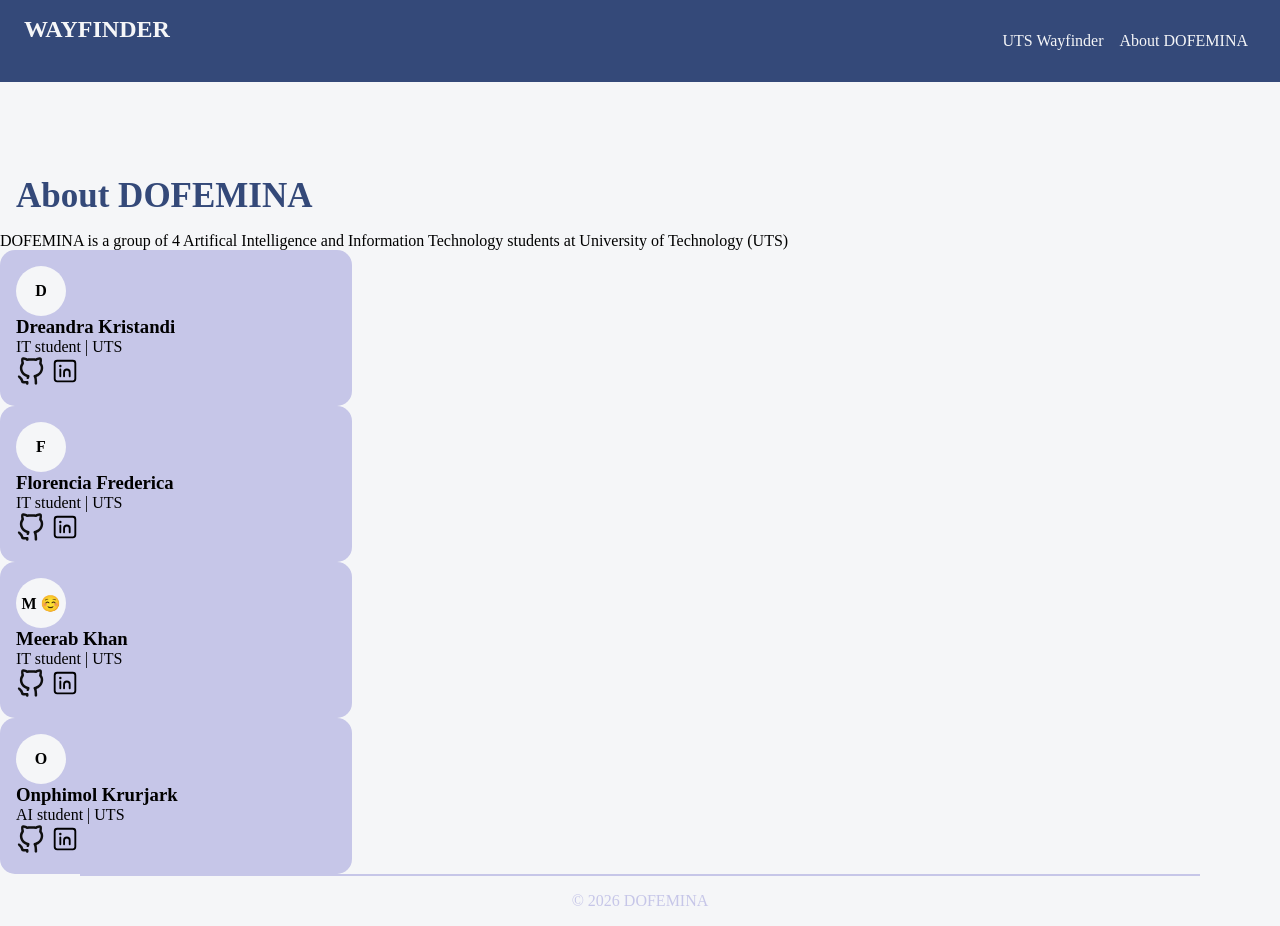
Repository: Meerab-K/uts-wayfinder
Page: html/about.html
An editor plug-in stored every save of this project. The page is shown before and after the next save, followed by the edit.
The browser window is 1280 px wide. The pictures show the whole page.
Some web fonts or font styles are not loaded; a fallback is used.

Above is the page before, as saved 2026-10-19 20:25:48.

### html/about.html
<!DOCTYPE html>
<html lang="en">
<head>
    <meta charset="UTF-8">
    <meta name="viewport" content="width=device-width, initial-scale=1.0">
    <title>About DOFEMINA - UTS Wayfinder</title>

    <link rel="stylesheet" href="../css/common.css">
    <link rel="stylesheet" href="../css/about.css">
    <link rel="stylesheet" href="../css/responsive.css">

    <!-- Google Fonts -->
    <link rel="preconnect" href="https://fonts.googleapis.com">
    <link rel="preconnect" href="https://fonts.gstatic.com" crossorigin>
    <link href="https://fonts.googleapis.com/css2?family=Maname&display=swap" rel="stylesheet">

</head>
<body>
    <header>
        <nav class="navbar">
            <h1>WAYFINDER</h1>
            <ul>
                <li><a href="index.html">UTS Wayfinder</a></li>
                <li><a href="about.html">About DOFEMINA</a></li>
            </ul>
        </nav>
    </header>

    <main>
        <h2>About DOFEMINA</h2>
        <div></div>
        <p>DOFEMINA is a group of 4 Artifical Intelligence and Information Technology students at University of Technology (UTS)</p>
        <p></p>
        <div class="card-holder">
            <div class="profile">D</div>
            <h3 class="name">Dreandra Kristandi</h3>
            <div class="bio">IT student | UTS</div>
            <div class="contact-link">
                <a href=""><img src="../svg/github.svg" alt="github-icon"></a>
                <a href=""><img src="../svg/linkedin.svg" alt="linkedin-icon"></a>
            </div>
        </div>
        <div class="card-holder">
            <div class="profile">F</div>
            <h3 class="name">Florencia Frederica</h3>
            <div class="bio">IT student | UTS</div>
            <div class="contact-link">
                <a href=""><img src="../svg/github.svg" alt="github-icon"></a>
                <a href=""><img src="../svg/linkedin.svg" alt="linkedin-icon"></a>
            </div>
        </div>
        <div class="card-holder">
            <div class="profile">M ☺️</div>
            <h3 class="name">Meerab Khan</h3>
            <div class="bio">IT student | UTS</div>
            <div class="contact-link">
                <a href=""><img src="../svg/github.svg" alt="github-icon"></a>
                <a href=""><img src="../svg/linkedin.svg" alt="linkedin-icon"></a>
            </div>
        </div>
        <div class="card-holder">
            <div class="profile">O</div>
            <h3 class="name">Onphimol Krurjark</h3>
            <div class="bio">AI student | UTS</div>
            <div class="contact-link">
                <a href=""><img src="../svg/github.svg" alt="github-icon"></a>
                <a href=""><img src="../svg/linkedin.svg" alt="linkedin-icon"></a>
            </div>
        </div>
    </main>

    <footer>
        <p>&copy; 2026 DOFEMINA </p>
    </footer>
</body>
</html>

### css/common.css
:root {
    /*Background*/
    --background-color: #f5f6f8;
    --primary-color: #344979;
    --secondary-color: #9896BB;

    /*Highlight*/
    --highlight-purple: #c6c6e8;
    --highlight-pink: #f7e5eb;

    /*Font*/
    --font: "Maname", serif;
}

* {
    margin: 0;
    padding: 0;
    font-family: var(--font);
}

body {
    background-color: var(--background-color);
    margin: 0;
}

main {
    margin-top: 2rem;
}

footer {
    text-align: center;
    margin: 0 5rem;
    padding: 1rem;
    border-top: 2px solid var(--highlight-purple);
    color: var(--highlight-purple);
}

h2 {
    color: var(--primary-color);
    padding: 1rem;
    font-size: 35px;
}

.navbar {
    background-color: var(--primary-color);
    padding: 1rem;
    margin: 0;
    position: fixed;
    top: 0;
    z-index: 100;
    width: 100%;
    display: flex;
    justify-content: space-between;
    box-sizing: border-box;
}

.navbar h1 {
    color: var(--background-color);
    padding: 0 0 0 0.5rem;
}

.navbar ul {
    list-style-type: none;
    display: flex;
    gap: 1rem;
    margin: 1rem;
}

.navbar a {
    text-decoration: none;
    color: var(--background-color);
}

.navbar a:hover {
    color: var(--highlight-purple);
}

.floating-menu-btn {
    position: fixed;
    bottom: 1rem;
    right: 1rem;
    width: 50px;
    height: 50px;
    background-color: var(--primary-color);
    border-radius: 50%;
    display: flex;
    justify-content: center;
    align-items: center;
    cursor: pointer;
    z-index: 1000;
}

.floating-menu-btn span{
    background-color: var(--background-color);
    width: 30px;
    height: 3px;
}

main {
    margin-top: 10rem;
}

### css/about.css
.card-holder {
    background-color: var(--highlight-purple);
    border-radius: 15px;
    padding: 1rem;
    width: 25%;
}

.profile {
    display: flex;
    justify-content: center;
    align-items: center;
    text-align: center;
    height: 50px;
    width: 50px;
    border-radius: 50%;
    background-color: var(--background-color);
    font-size: 25;
    font-weight: bold;
}

.name {

}

.bio {

}

.contact-link img {
    width: 30px;
    height: auto;
}

### css/responsive.css
@media (max-width: 1000px) {
    /*index.html*/
    #map_section {
        display: block;
    }

    #map_section img {
        width: 100%;
        margin: 0;
    }

    #map_section div h2 {
        text-align: center;
    }

    #map_section div table {
        width: 100%;
    }
}

@media (max-width: 800px) {
    main {
        margin-top: 10rem;
    }

    .navbar {
        text-align: center;
        display: block;
    }

    .navbar ul {
        justify-content: center;
        margin-top: 1.5rem;
        padding: 0.5rem;
        border-top: 1px solid var(--secondary-color);
    }

    /*index.html*/
    form select {
        width: 60%;
    }

    /*about.html*/
}

### svg/github.svg
<?xml version="1.0" encoding="utf-8"?><!-- Uploaded to: SVG Repo, www.svgrepo.com, Generator: SVG Repo Mixer Tools -->
<svg width="800px" height="800px" viewBox="0 0 24 24" fill="none" xmlns="http://www.w3.org/2000/svg">
<path d="M4.0744 2.9938C4.13263 1.96371 4.37869 1.51577 5.08432 1.15606C5.84357 0.768899 7.04106 0.949072 8.45014 1.66261C9.05706 1.97009 9.11886 1.97635 10.1825 1.83998C11.5963 1.65865 13.4164 1.65929 14.7213 1.84164C15.7081 1.97954 15.7729 1.97265 16.3813 1.66453C18.3814 0.651679 19.9605 0.71795 20.5323 1.8387C20.8177 2.39812 20.8707 3.84971 20.6494 5.04695C20.5267 5.71069 20.5397 5.79356 20.8353 6.22912C22.915 9.29385 21.4165 14.2616 17.8528 16.1155C17.5801 16.2574 17.3503 16.3452 17.163 16.4167C16.5879 16.6363 16.4133 16.703 16.6247 17.7138C16.7265 18.2 16.8491 19.4088 16.8973 20.4002C16.9844 22.1922 16.9831 22.2047 16.6688 22.5703C16.241 23.0676 15.6244 23.076 15.2066 22.5902C14.9341 22.2734 14.9075 22.1238 14.9075 20.9015C14.9075 19.0952 14.7095 17.8946 14.2417 16.8658C13.6854 15.6415 14.0978 15.185 15.37 14.9114C17.1383 14.531 18.5194 13.4397 19.2892 11.8146C20.0211 10.2698 20.1314 8.13501 18.8082 6.83668C18.4319 6.3895 18.4057 5.98446 18.6744 4.76309C18.7748 4.3066 18.859 3.71768 18.8615 3.45425C18.8653 3.03823 18.8274 2.97541 18.5719 2.97541C18.4102 2.97541 17.7924 3.21062 17.1992 3.49805L16.2524 3.95695C16.1663 3.99866 16.07 4.0147 15.975 4.0038C13.5675 3.72746 11.2799 3.72319 8.86062 4.00488C8.76526 4.01598 8.66853 3.99994 8.58215 3.95802L7.63585 3.49882C7.04259 3.21087 6.42482 2.97541 6.26317 2.97541C5.88941 2.97541 5.88379 3.25135 6.22447 4.89078C6.43258 5.89203 6.57262 6.11513 5.97101 6.91572C5.06925 8.11576 4.844 9.60592 5.32757 11.1716C5.93704 13.1446 7.4295 14.4775 9.52773 14.9222C10.7926 15.1903 11.1232 15.5401 10.6402 16.9905C10.26 18.1319 10.0196 18.4261 9.46707 18.4261C8.72365 18.4261 8.25796 17.7821 8.51424 17.1082C8.62712 16.8112 8.59354 16.7795 7.89711 16.5255C5.77117 15.7504 4.14514 14.0131 3.40172 11.7223C2.82711 9.95184 3.07994 7.64739 4.00175 6.25453C4.31561 5.78028 4.32047 5.74006 4.174 4.83217C4.09113 4.31822 4.04631 3.49103 4.0744 2.9938Z" fill="#0F0F0F"/>
<path d="M3.33203 15.9454C3.02568 15.4859 2.40481 15.3617 1.94528 15.6681C1.48576 15.9744 1.36158 16.5953 1.66793 17.0548C1.8941 17.3941 2.16467 17.6728 2.39444 17.9025C2.4368 17.9449 2.47796 17.9858 2.51815 18.0257C2.71062 18.2169 2.88056 18.3857 3.05124 18.5861C3.42875 19.0292 3.80536 19.626 4.0194 20.6962C4.11474 21.1729 4.45739 21.4297 4.64725 21.5419C4.85315 21.6635 5.07812 21.7352 5.26325 21.7819C5.64196 21.8774 6.10169 21.927 6.53799 21.9559C7.01695 21.9877 7.53592 21.998 7.99999 22.0008C8.00033 22.5527 8.44791 23.0001 8.99998 23.0001C9.55227 23.0001 9.99998 22.5524 9.99998 22.0001V21.0001C9.99998 20.4478 9.55227 20.0001 8.99998 20.0001C8.90571 20.0001 8.80372 20.0004 8.69569 20.0008C8.10883 20.0026 7.34388 20.0049 6.67018 19.9603C6.34531 19.9388 6.07825 19.9083 5.88241 19.871C5.58083 18.6871 5.09362 17.8994 4.57373 17.2891C4.34391 17.0194 4.10593 16.7834 3.91236 16.5914C3.87612 16.5555 3.84144 16.5211 3.80865 16.4883C3.5853 16.265 3.4392 16.1062 3.33203 15.9454Z" fill="#0F0F0F"/>
</svg>

### svg/linkedin.svg
<?xml version="1.0" encoding="utf-8"?><!-- Uploaded to: SVG Repo, www.svgrepo.com, Generator: SVG Repo Mixer Tools -->
<svg width="800px" height="800px" viewBox="0 0 192 192" xmlns="http://www.w3.org/2000/svg" fill="none"><rect width="132" height="132" x="30" y="30" stroke="#000000" stroke-width="12" rx="16"/><path stroke="#000000" stroke-linecap="round" stroke-linejoin="round" stroke-width="12" d="M66 86v44"/><circle cx="66" cy="64" r="8" fill="#000000"/><path stroke="#000000" stroke-linecap="round" stroke-width="12" d="M126 130v-26c0-9.941-8.059-18-18-18v0c-9.941 0-18 8.059-18 18v26"/></svg>

After the next save:
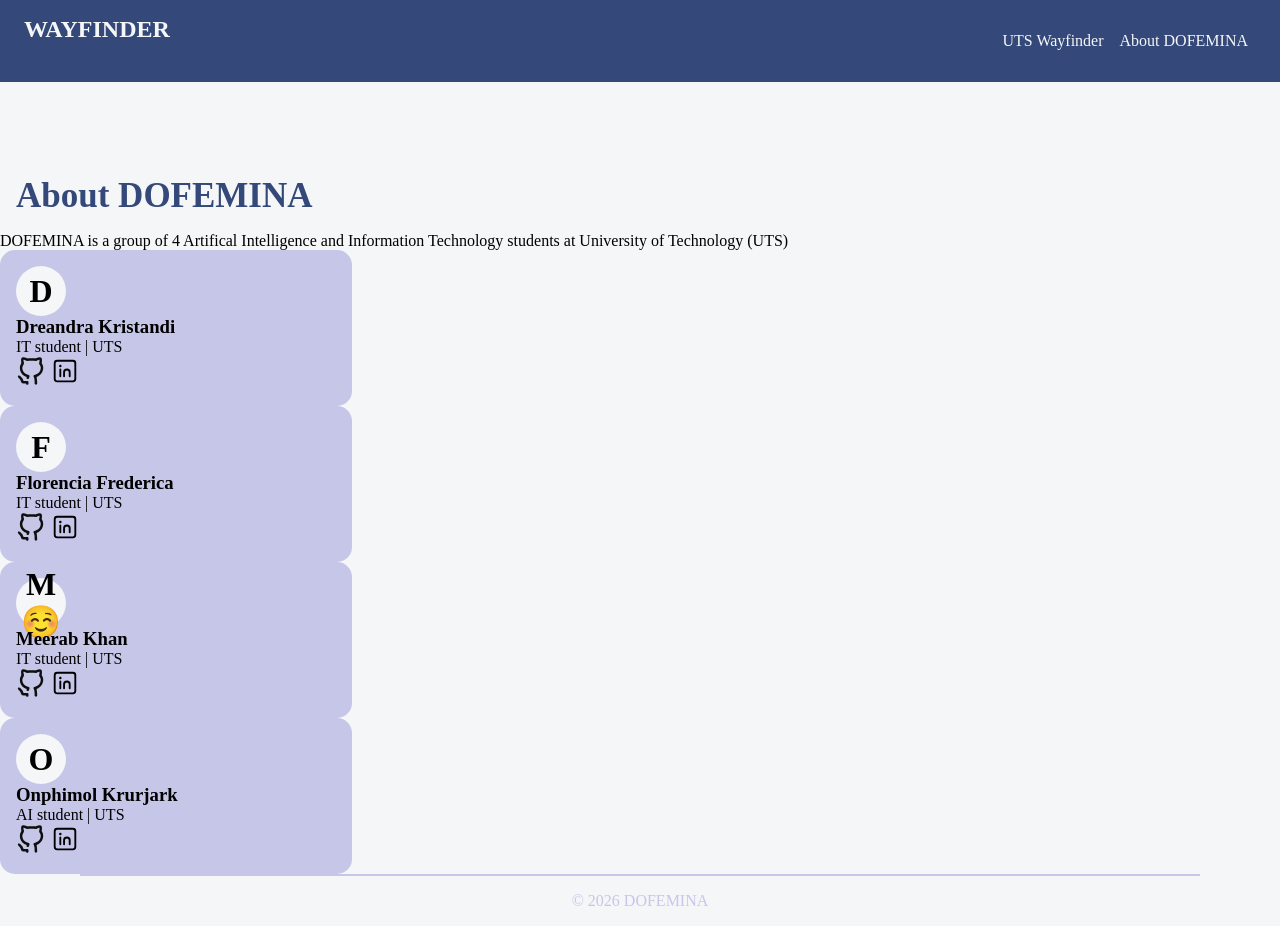
Saved 11 s later.
--- a/css/about.css
+++ b/css/about.css
@@ -14,7 +14,7 @@
     width: 50px;
     border-radius: 50%;
     background-color: var(--background-color);
-    font-size: 25;
+    font-size: 2rem;
     font-weight: bold;
 }
 
